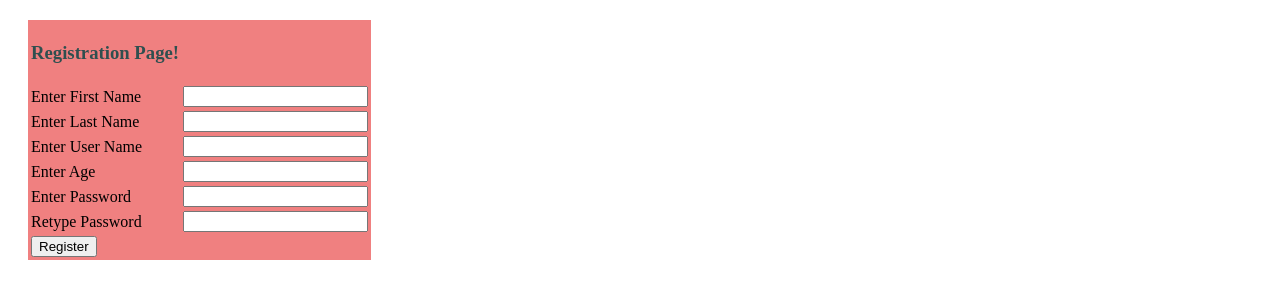
Repository: Pramila0526/LoginRegistrationUsingFilters
Page: http://localhost/LoginAndRegistration/register.jsp
These files come from the project's save history. The page is drawn as it stood at one moment and after the next save; the edit follows.
The browser window is 1280 px wide. The pictures show the whole page.
The page is served by Tomcat 9.

Above is the page before, as saved 2019-12-27 05:00:37.

After the next save:
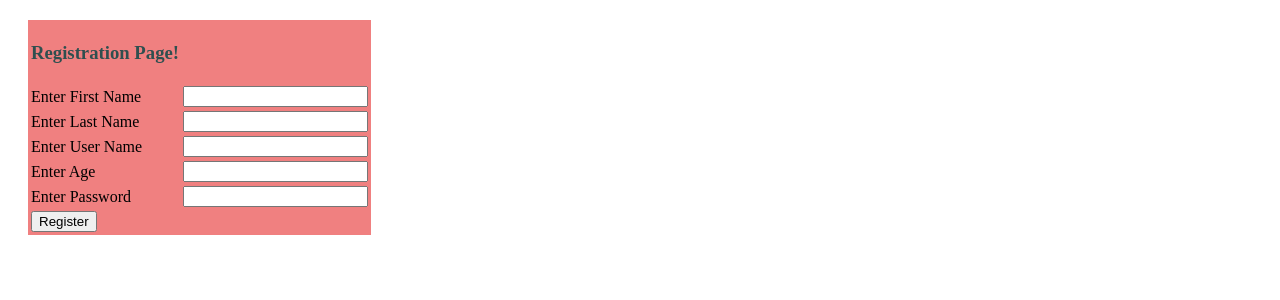
Saved 6 s later.
--- a/LoginAndRegistration/WebContent/register.jsp
+++ b/LoginAndRegistration/WebContent/register.jsp
@@ -37,10 +37,6 @@
 				<td>Enter Password</td>
 				<td><input type="password" name="password"></td>
 			</tr>
-			<tr>
-				<td>Retype Password</td>
-				<td><input type="password" name="password1"></td>
-			</tr>
 
 			<tr>
 				<td><input type="submit" name="Submit" value="Register"></td>
